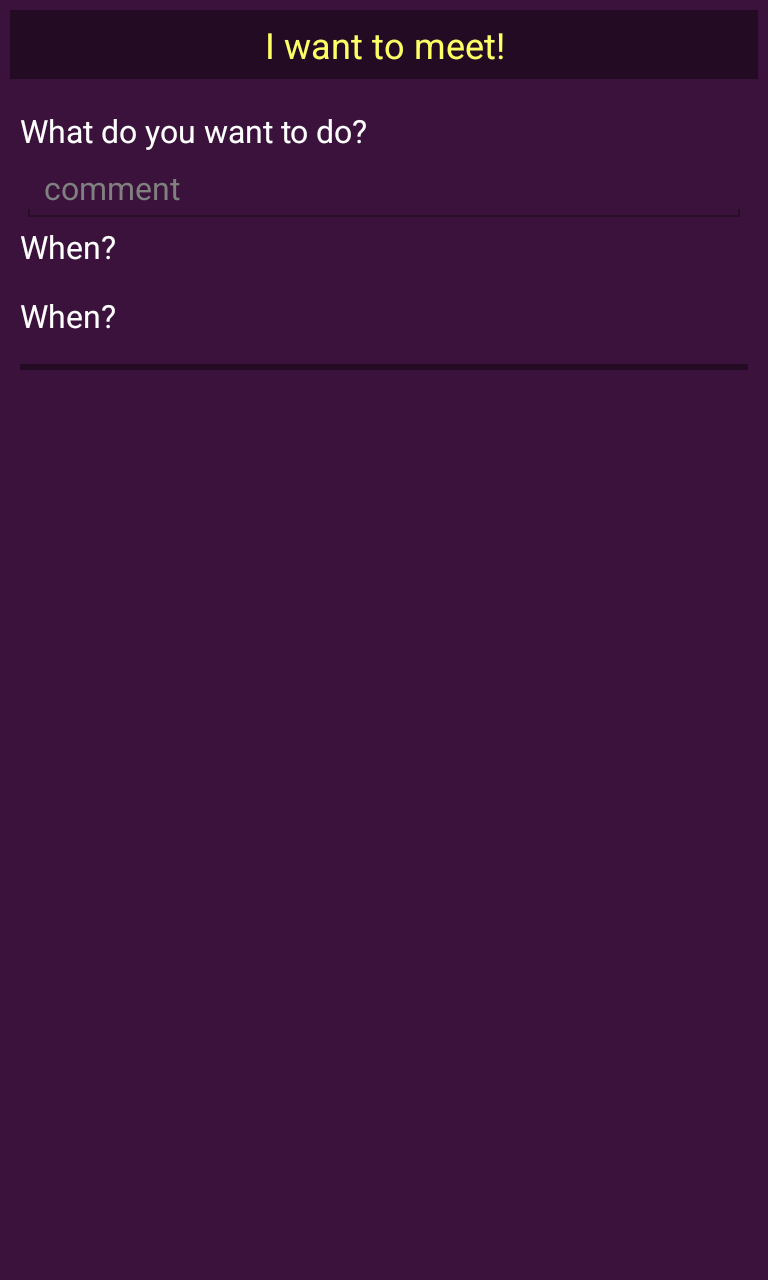
Repository: Valian/MeetMe
Layout: MeetMe/res/layout/activity_status_change.xml
These files come from the project's save history. The layout is drawn as it stood at one moment and after the next save; the edit follows.
It is drawn on a 768 x 1280 px phone screen (xhdpi) without system bars, with theme AppTheme; the app's code is not run.

Above is the layout before, as saved 2014-01-10 00:47:42.

After the next save:
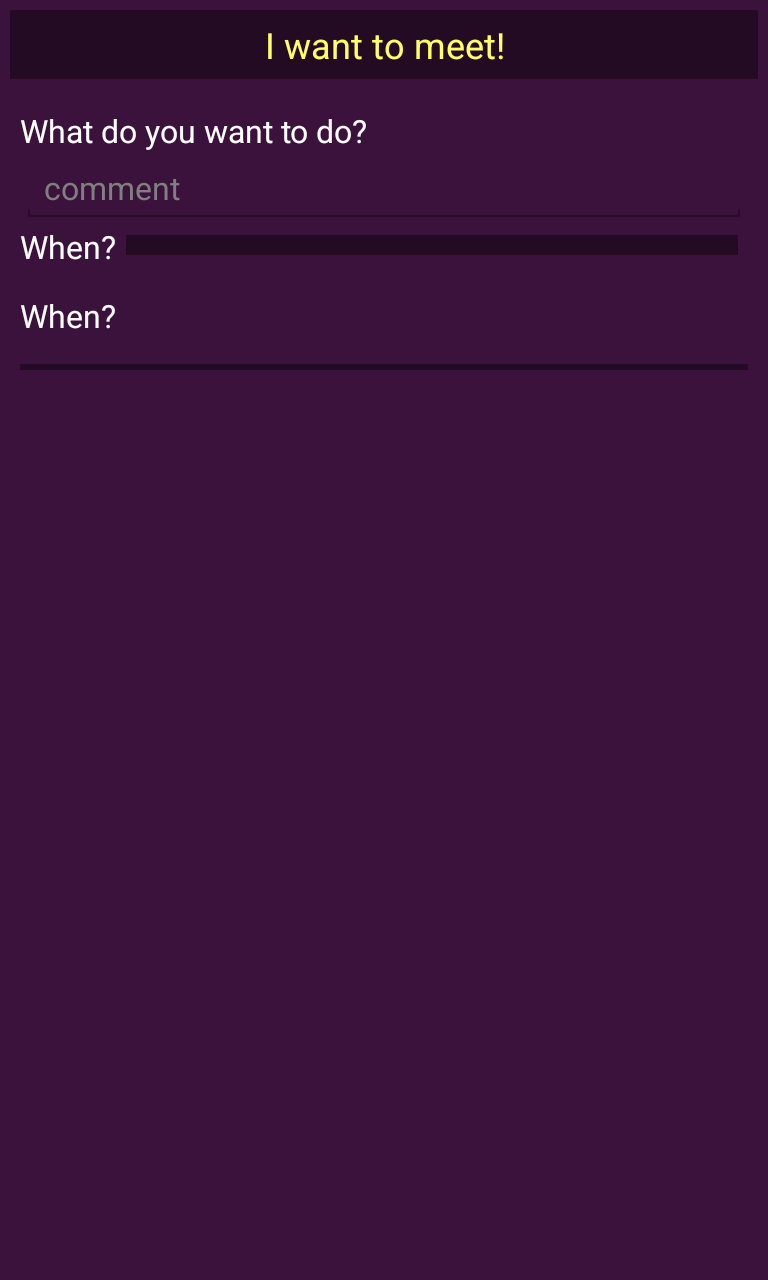
Saved 35 s later.
--- a/MeetMe/res/values/styles.xml
+++ b/MeetMe/res/values/styles.xml
@@ -60,7 +60,7 @@
    <style name="DefaultSpinnerStyle" parent="@style/BasicViewStyle">
        <item name="android:background">@color/darkPurple</item>
        <item name="android:popupBackground">@color/darkPurple</item>
-       <item name="android:layout_width">wrap_content</item>
+       <item name="android:layout_width">match_parent</item>
 	   <item name="android:layout_height">wrap_content</item>
    </style>
 
